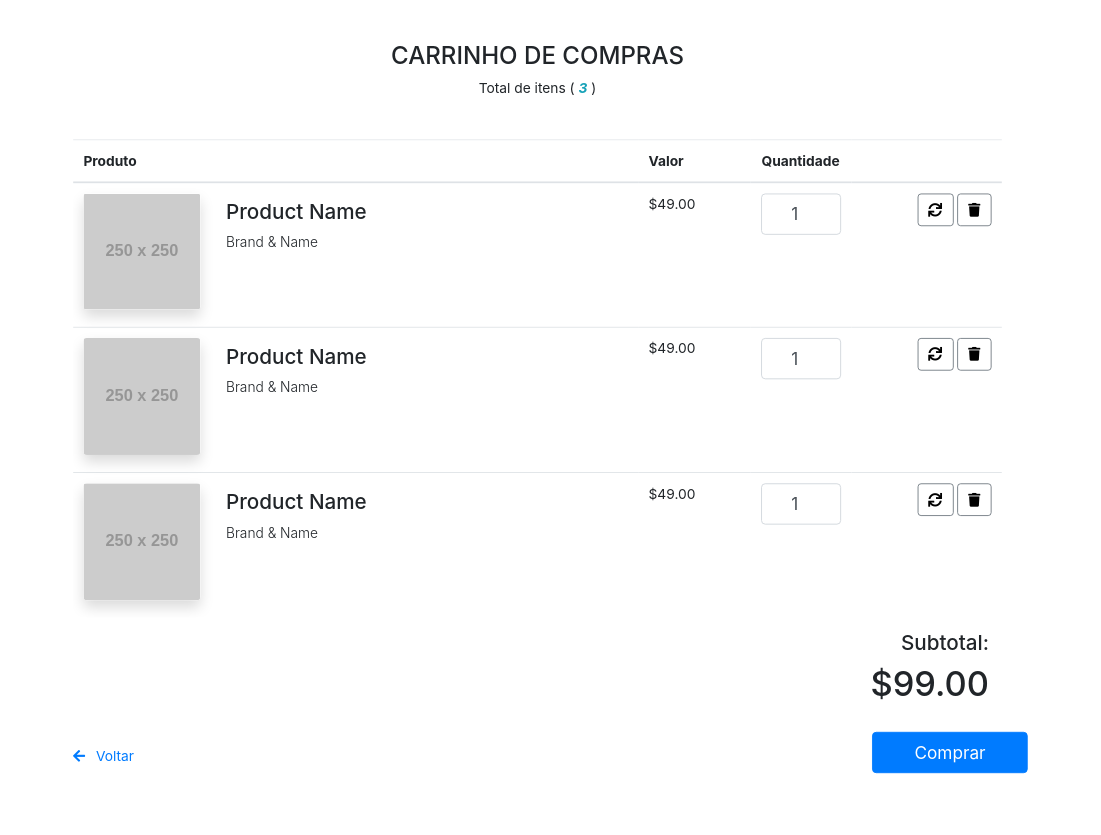
Repository: 01nethy/WebMotors
Page: cart.html
The author's editor kept a copy of each file at every save. The page is drawn from the files as they stood at one save, then again after the next save.
The browser window is 1280 px wide. The pictures show the whole page, at 86% of full size.
Some icons come from a web library that is not loaded, so they are not drawn. Some web libraries are served in a nearby version.

Above is the page before, as saved 2023-10-07 20:29:40.
Console error: TypeError: Cannot read properties of undefined (reading 'fn')

After the next save:
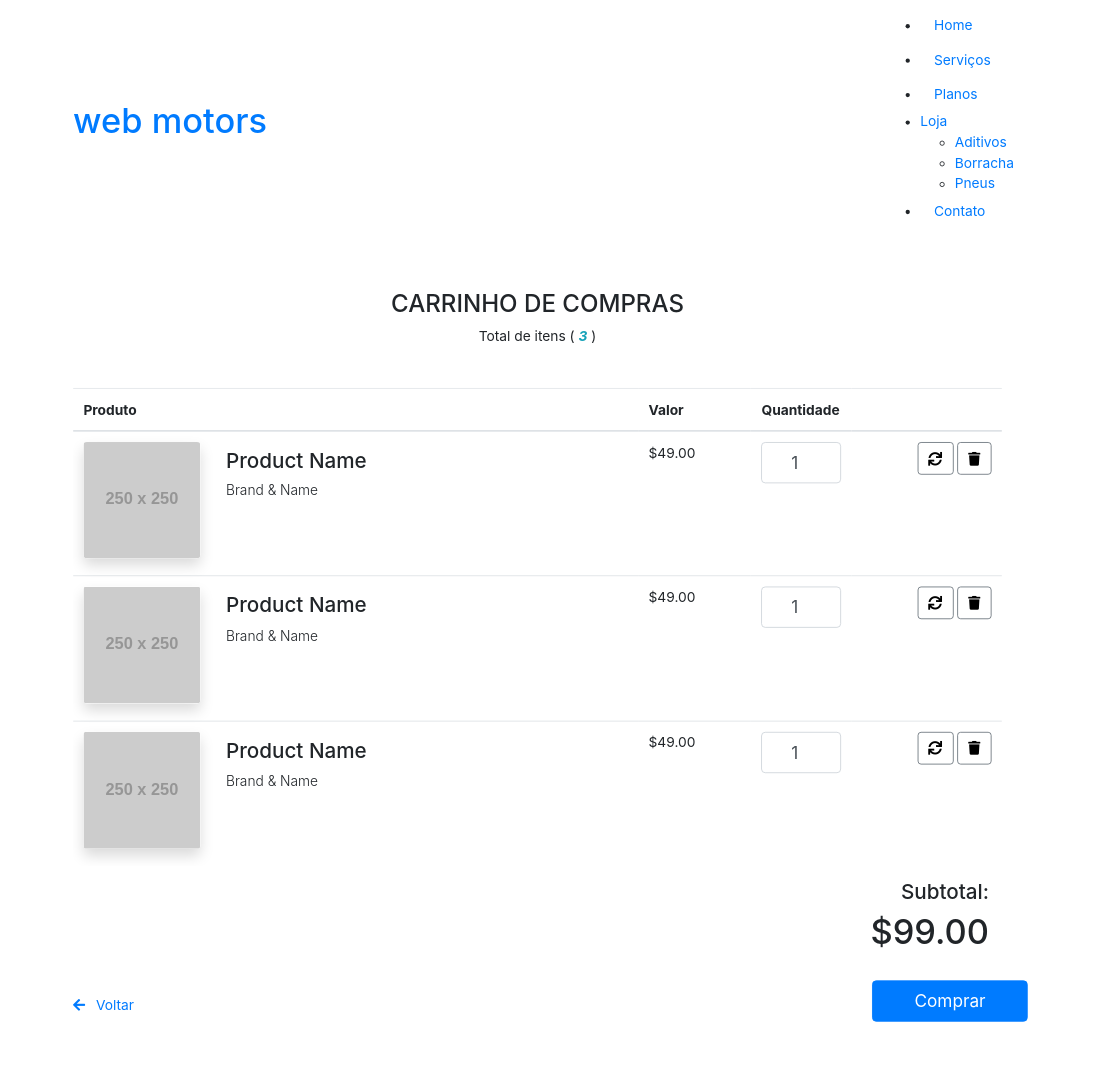
Saved 59 s later.
--- a/cart.html
+++ b/cart.html
@@ -1,5 +1,5 @@
 <!DOCTYPE html>
-<html lang="en">
+<html lang="pt-BR">
 <head>
     <meta charset="UTF-8">
     <meta name="viewport" content="width=device-width, initial-scale=1.0">
@@ -13,6 +13,58 @@
     <title>Document</title>
 </head>
 <body>
+  <!-- ======= Top Bar ======= -->
+  <section id="topbar" class="d-flex align-items-center">
+    <div id="topajust" class="container d-flex">
+      <div class="social-links col-6 ">
+        <a href="#" class="twitter m-0"><i class="bi bi-twitter"></i></a>
+        <a href="#" class="facebook"><i class="bi bi-facebook"></i></a>
+        <a href="#" class="instagram"><i class="bi bi-instagram"></i></a>
+      <!-- <a href="#" class="linkedin"><i class="bi bi-linkedin"></i></i></a> -->
+      </div>
+      <div class="social-links col-6 text-end">
+        <a href=""><i class="bi bi-person-fill"></i></a>
+        <a href="cart.html"> <i class="bi bi-cart3"></i></a>
+      </div>
+    </div>
+  </section>
+
+  <!-- ======= Header nav ======= -->
+  <header id="header" class="d-flex">
+    <div class="container d-flex align-items-center justify-content-between"">
+      <h1 class="logo"><a href="index.html">web motor<span>s</span></a></h1>
+      <nav id="navbar" class="nav navbar justify-content-end">
+        <ul>
+          <li><a class="nav-link scrollto active" href="#hero">Home</a></li>
+         <!-- <li><a class="nav-link scrollto" href="#about">Mecanica</a></li>-->
+          <li><a class="nav-link scrollto" href="#services">Serviços</a></li>
+         <!-- <li><a class="nav-link scrollto " href="#portfolio">Aditivo</a></li>-->
+        <li><a class="nav-link scrollto" href="#pricing">Planos</a></li>
+          <li class="dropdown"><a href="inner-page.html"><span>Loja</span> <i class="bi bi-chevron-down"></i></a>
+            <ul>
+              <li><a href="#">Aditivos</a></li>
+             <!-- <li class="dropdown"><a href="#"><span>Deep Drop Down</span> <i class="bi bi-chevron-right"></i></a>
+                <ul>
+                  <li><a href="#">Deep Drop Down 1</a></li>
+                  <li><a href="#">Deep Drop Down 2</a></li>
+                  <li><a href="#">Deep Drop Down 3</a></li>
+                  <li><a href="#">Deep Drop Down 4</a></li>
+                  <li><a href="#">Deep Drop Down 5</a></li>
+                </ul>
+              </li> -->
+              <li><a href="#">Borracha</a></li>
+              <li><a href="#">Pneus</a></li>
+            </ul>
+          </li>
+          <li><a class="nav-link scrollto" href="#contact">Contato</a></li>
+        </ul>
+        <i class="bi bi-list mobile-nav-toggle"></i>
+      </nav><!-- .navbar -->
+
+    </div>
+  </header>
+
+
     <section class="pt-5 pb-5">
         <div class="container">
           <div class="row w-100">
